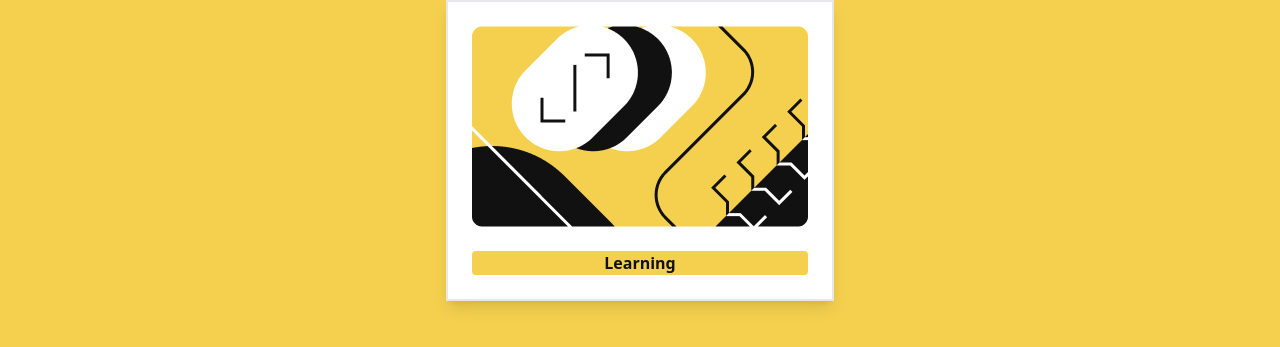
Repository: orcunelektirikci/fe-mentor-blogprev
Page: index.html
These files come from the project's save history. The page is drawn as it stood at one moment and after a run of saves; the edit follows.
The browser window is 1280 px wide. The pictures show the whole page.
Some web libraries are served in a nearby version.

Above is the page before, as saved 2024-04-12 16:46:55.

After the next 2 saves:
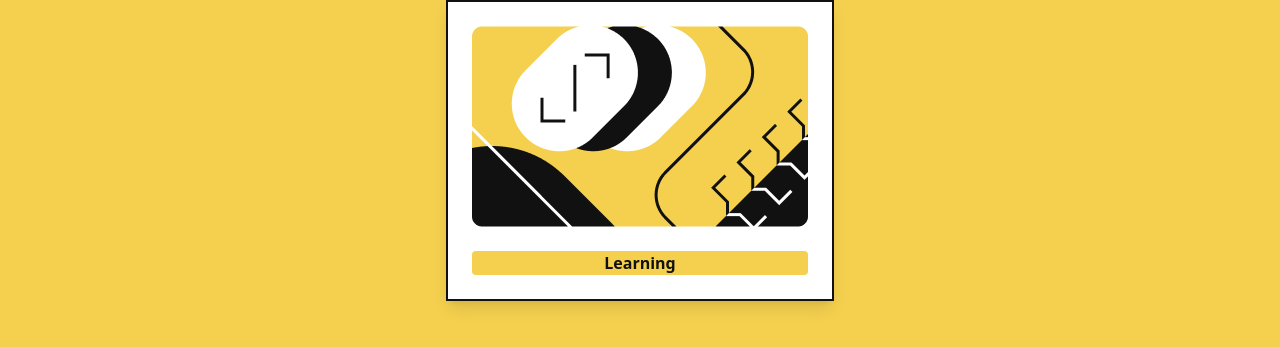
The 2 saves are shown as one change because they came seconds apart.
The last was saved 14 s later.
--- a/index.html
+++ b/index.html
@@ -10,7 +10,7 @@
 </head>
 <body class="bg-yellow flex items-center justify-center">
 
-    <div class="bg-white border-2 shadow-lg p-6 flex flex-col justify-evenly space-y-6">
+    <div class="bg-white border-2 border-black shadow-lg p-6 flex flex-col justify-evenly space-y-6">
         <img src="assets/img/blogimage.png" alt="">
         <button class="bg-yellow rounded font-semibold text-black inline" type="button">Learning</button>
     </div>
